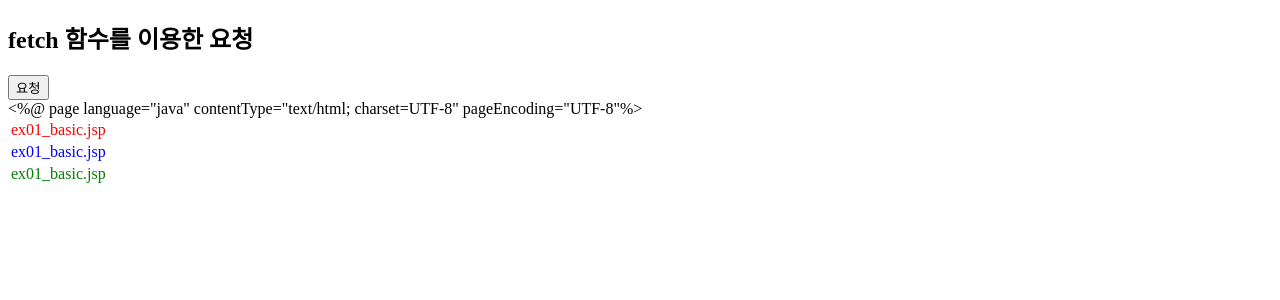
Repository: dongcmd/dong_jsp
Page: ajaxStudy/src/main/webapp/ex04_fetch.html
The author's editor kept a copy of each file at every save. The page is drawn from the files as they stood at one save, then again after the next save.
The browser window is 1280 px wide. The pictures show the whole page.
After loading, the first visible `button` was clicked once.

Above is the page before, as saved 2025-04-21 05:33:08.

### ajaxStudy/src/main/webapp/ex04_fetch.html
<!DOCTYPE html>
<html>
<head>
<meta charset="UTF-8">
<title>fetch 예제</title>
</head>
<body>
<h2>fetch 함수를 이용한 요청</h2>
<button type="button" onclick="loadjsp()">요청</button>
<div id="demo"></div>
<script>
	function loadjsp() {
		fetch("ex01_basic.jsp")
		.then( (response) => document.querySelector("#demo").innerHTML += response.text())
		fetch("ex01_basic.jsp")
		.then((response) => response.text())
		.then((data) => document.querySelector("#demo").innerHTML = data)

	}
</script>
</body>
</html>

After the next save:
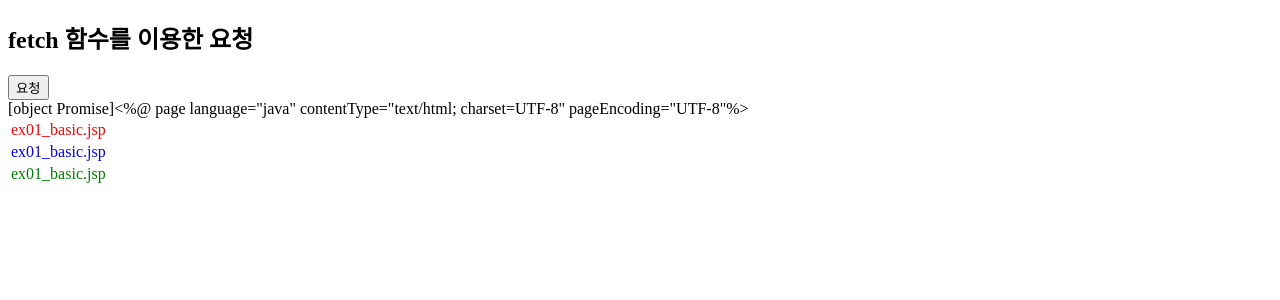
Saved 5 s later.
--- a/ajaxStudy/src/main/webapp/ex04_fetch.html
+++ b/ajaxStudy/src/main/webapp/ex04_fetch.html
@@ -12,9 +12,10 @@
 	function loadjsp() {
 		fetch("ex01_basic.jsp")
 		.then( (response) => document.querySelector("#demo").innerHTML += response.text())
+
 		fetch("ex01_basic.jsp")
 		.then((response) => response.text())
-		.then((data) => document.querySelector("#demo").innerHTML = data)
+		.then((data) => document.querySelector("#demo").innerHTML += data)
 
 	}
 </script>

After the 3 saves that followed:
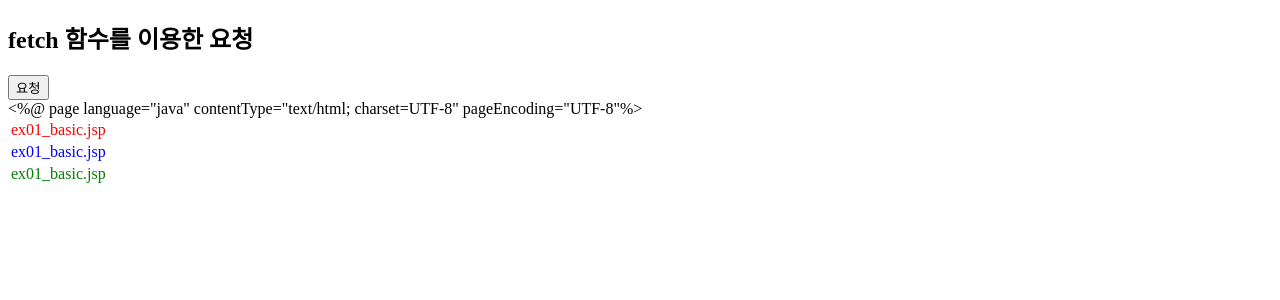
The 3 saves are shown as one change because 1 left the picture as it was and some came seconds apart.
The last was saved 37 s later.
--- a/ajaxStudy/src/main/webapp/ex04_fetch.html
+++ b/ajaxStudy/src/main/webapp/ex04_fetch.html
@@ -11,9 +11,6 @@
 <script>
 	function loadjsp() {
 		fetch("ex01_basic.jsp")
-		.then( (response) => document.querySelector("#demo").innerHTML += response.text())
-
-		fetch("ex01_basic.jsp")
 		.then((response) => response.text())
 		.then((data) => document.querySelector("#demo").innerHTML += data)
 
